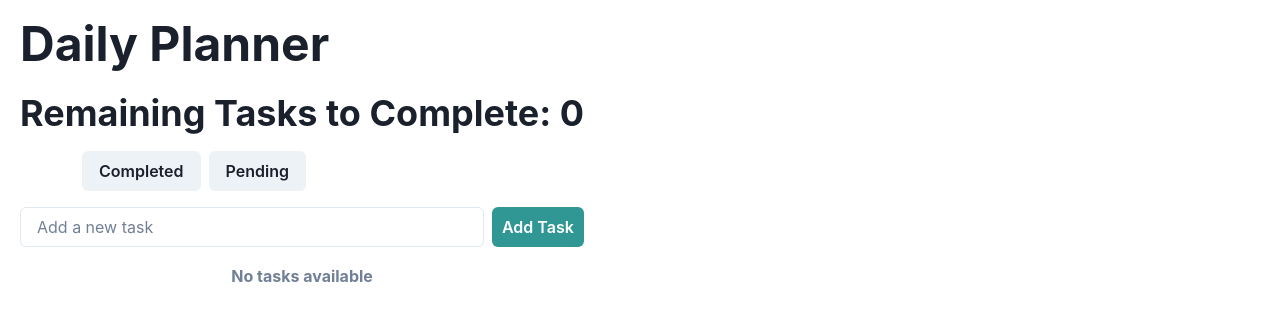
Repository: navnneett/COMP-3170-lab04
Page: /
The author's editor kept a copy of each file at every save. The page is drawn from the files as they stood at one save, then again after the next save.
The browser window is 1280 px wide. The pictures show the whole page.
The project was rebuilt for these pictures with package versions that can differ from the ones it lists, and the page was loaded fresh each time. Also part of the build but not shown: vite.config.js, src/components/Task.jsx.

Above is the page before, as saved 2024-10-27 18:27:31.

After the next save:
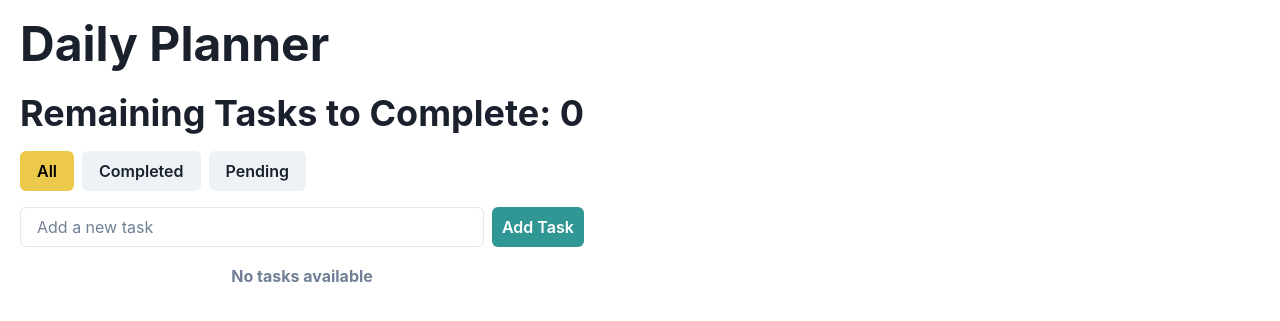
Saved 23 s later.
--- a/src/App.jsx
+++ b/src/App.jsx
@@ -41,13 +41,13 @@ function App() {
 
         {/* Filter Buttons */}
         <HStack mb={4}>
-          <Button onClick={() => setFilter("All")} colorScheme={filter === "All" ? "Pink" : "gray"}>
+          <Button onClick={() => setFilter("All")} colorScheme={filter === "All" ? "yellow" : "gray"}>
             All
           </Button>
-          <Button onClick={() => setFilter("Completed")} colorScheme={filter === "Completed" ? "Yellow" : "gray"}>
+          <Button onClick={() => setFilter("Completed")} colorScheme={filter === "Completed" ? "blue" : "gray"}>
             Completed
           </Button>
-          <Button onClick={() => setFilter("Pending")} colorScheme={filter === "Pending" ? "Yellow" : "gray"}>
+          <Button onClick={() => setFilter("Pending")} colorScheme={filter === "Pending" ? "blue" : "gray"}>
             Pending
           </Button>
         </HStack>
